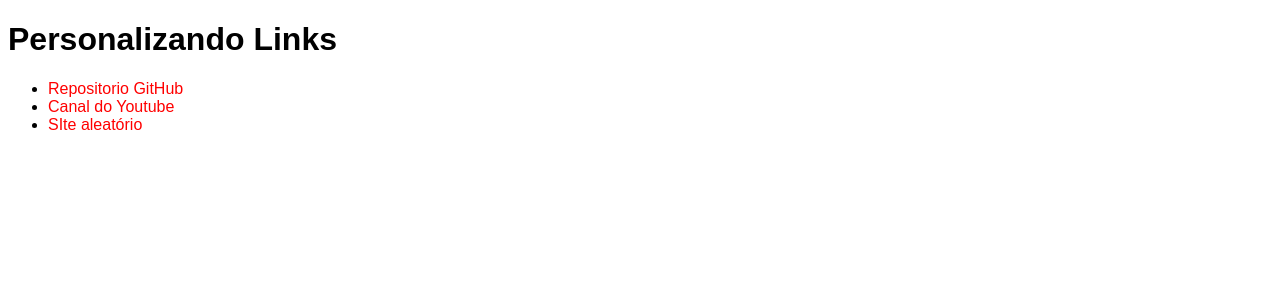
Repository: GabrielTrevisanMargrander/Html-Css
Page: Exercicios/ex020/link.html
The author's editor kept a copy of each file at every save. The page is drawn from the files as they stood at one save, then again after a run of saves.
The browser window is 1280 px wide. The pictures show the whole page.

Above is the page before, as saved 2023-06-22 20:30:58.

### Exercicios/ex020/link.html
<!DOCTYPE html>
<html lang="pt-br">
<head>
    <meta charset="UTF-8">
    <meta name="viewport" content="width=device-width, initial-scale=1.0">
    <title>Links</title>
</head>
<style>
body{
    font-family: Arial, Helvetica, sans-serif;
}

a{
    color: red;
    text-decoration: none;
    fon
}

a:visited{
    color: blue;
}
</style>
<body>

    <h1>Personalizando Links</h1>
    <ul>
        <li> <a href="https://github.com/">Repositorio GitHub </a></li>
        <li> <a href="https://youtube.com/">Canal do Youtube</a> </li>
        <li> <a href="https://www.instagram.com/">SIte aleatório</a></li>
    </ul>

</body>
</html>

After the next 2 saves:
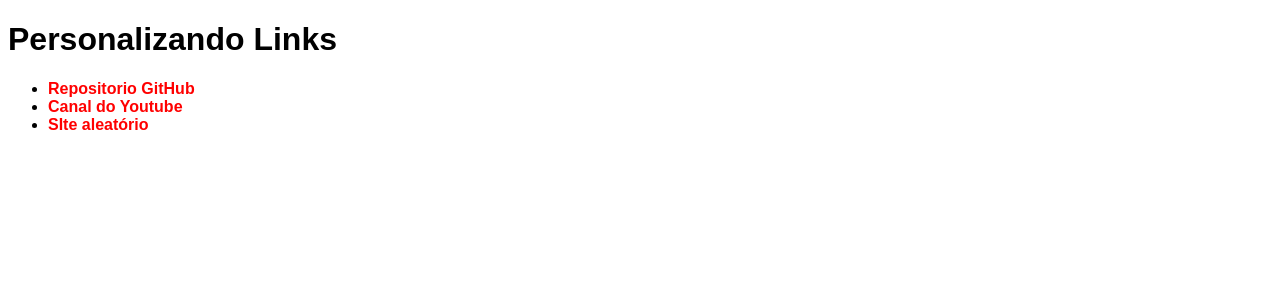
The 2 saves are shown as one change because they came seconds apart.
The last was saved 5 s later.
--- a/Exercicios/ex020/link.html
+++ b/Exercicios/ex020/link.html
@@ -13,7 +13,7 @@
 a{
     color: red;
     text-decoration: none;
-    fon
+    font-weight: bold;
 }
 
 a:visited{
